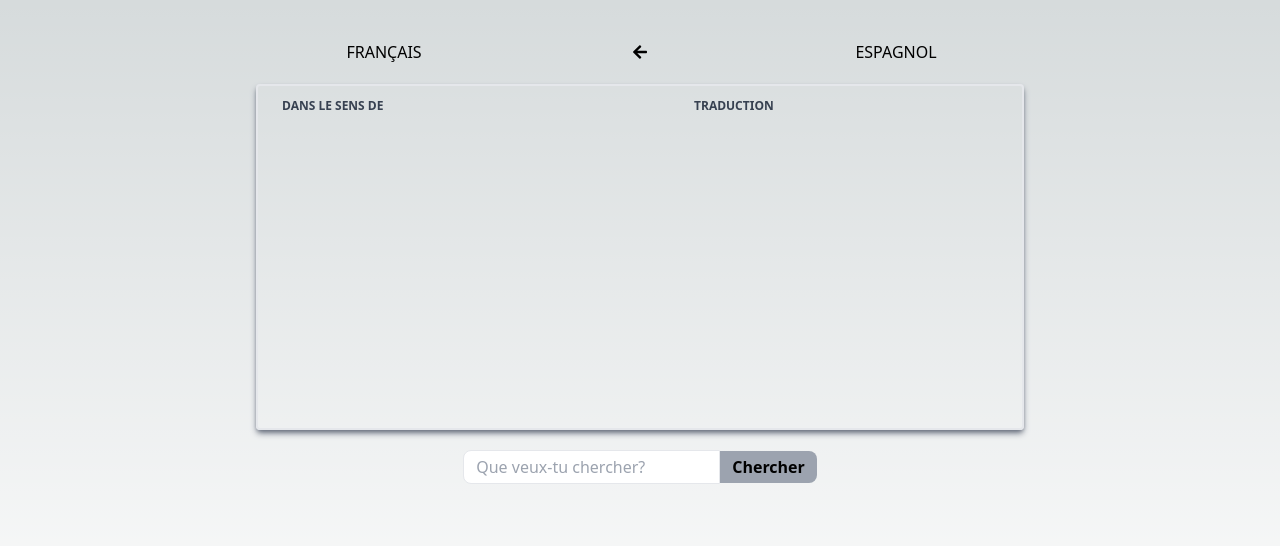
Repository: All-Khwarizmi/Dico
Page: /
The author's editor kept a copy of each file at every save. The page is drawn from the files as they stood at one save, then again after a run of saves.
The browser window is 1280 px wide. The pictures show the whole page.
The project was rebuilt for these pictures with package versions that can differ from the ones it lists, and the page was loaded fresh each time. The framework's server and built-in components were replaced by stand-ins that run in the browser. Also part of the build but not shown: next.config.js, vite.config.ts.

Above is the page before, as saved 2023-02-17 18:40:32.

After the next 3 saves:
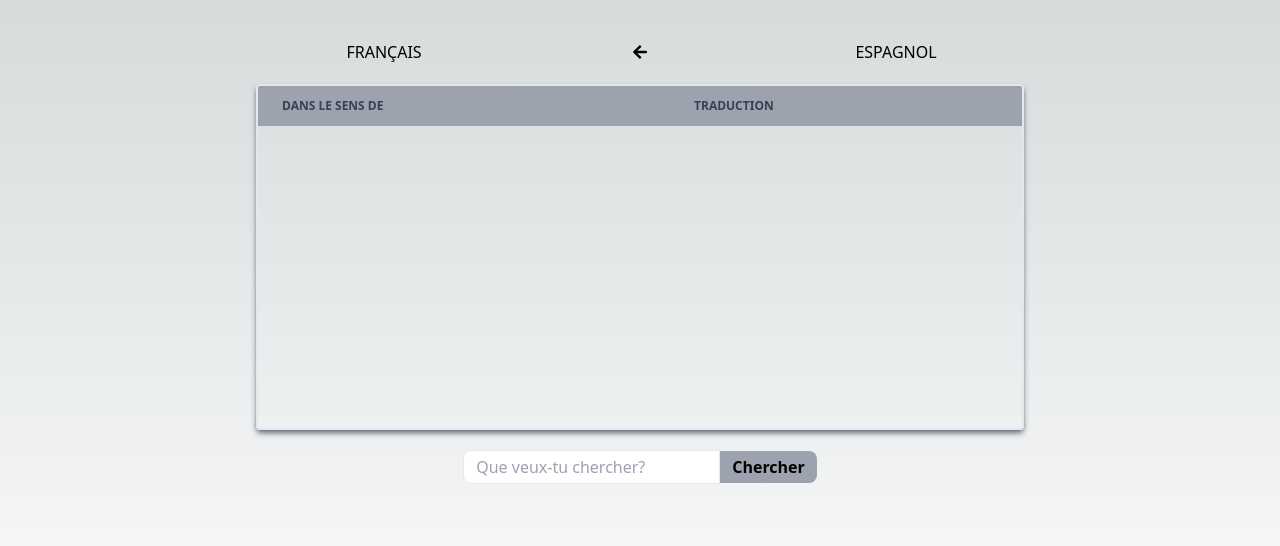
The 3 saves are shown as one change because they came seconds apart.
The last was saved 12 s later.
--- a/src/app/page.tsx
+++ b/src/app/page.tsx
@@ -112,7 +112,7 @@ export default function Home() {
           <div className='text-black '>
             <div className=''>
               <table className='  relative w-full text-left text-sm text-gray-500 dark:text-gray-400'>
-                <thead className='  sticky top-0 dark:bg-gray-900 text-xs uppercase text-gray-700 '>
+                <thead className='  sticky top-0 bg-gray-400 dark:bg-gray-900 text-xs uppercase text-gray-700 '>
                   <tr>
                     <th scope='col' className='px-6 dark:text-white py-3 '>
                       Dans le sens de
